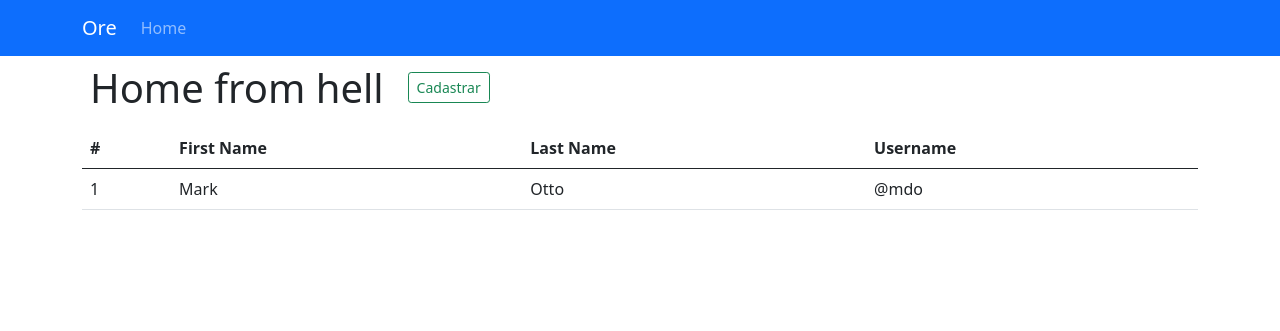
Repository: thf4/React-Front
Page: /
These files come from the project's save history. The page is drawn as it stood at one moment and after the next save; the edit follows.
The browser window is 1280 px wide. The pictures show the whole page.
The project was rebuilt for these pictures with package versions that can differ from the ones it lists, and the page was loaded fresh each time. Also part of the build but not shown: src/pages/Vizualizar/index.js, src/pages/Cadastrar/index.js, src/pages/Editar/index.js.

Above is the page before, as saved 2021-05-07 09:23:47.

### src/App.js
import React from "react";
import { BrowserRouter as Router, Switch, Route } from "react-router-dom";
import { Home } from "./pages/Home/";
import { View } from "./pages/Vizualizar/";
import { Cadastrar } from "./pages/Cadastrar/";
import { Editar } from "./pages/Editar/";
import { Menu } from "./components/Menu";
import 'bootstrap/dist/css/bootstrap.min.css';
function App() {
  return (
    <div>
      <Menu />
      <Router>
        <Switch>
          <Route exact path="/" component={Home} />
          <Route path="/view" component={View} />
          <Route path="/cadastrar" component={Cadastrar} />
          <Route path="/editar" component={Editar} />
        </Switch>
      </Router>
    </div>
  );
}

export default App;

### src/pages/Home/index.js
import React from "react";
import { Container } from "reactstrap";
import { Table } from "reactstrap";
export const Home = () => {
  return (
    <div>
      <Container>
        <div className=" d-flex">
          <div className="mr-auto p-2">
            <h1> Home from hell </h1>
          </div>
          <div className="p-3">
            <a href="/cadastrar" className="btn btn-outline-success btn-sm">
              Cadastrar
            </a>
          </div>
        </div>
        <Table>
          <thead>
            <tr>
              <th>#</th>
              <th>First Name</th>
              <th>Last Name</th>
              <th>Username</th>
            </tr>
          </thead>
          <tbody>
            <tr>
              <td>1</td>
              <td>Mark</td>
              <td>Otto</td>
              <td>@mdo</td>
            </tr>
          </tbody>
        </Table>
      </Container>
    </div>
  );
};

### src/components/Menu.js
import React, { useState } from "react";
import {
  Collapse,
  Navbar,
  NavbarToggler,
  NavbarBrand,
  Nav,
  NavItem,
  NavLink,
  Container,
} from "reactstrap";
export const Menu = (props) => {
  const [isOpen, setIsOpen] = useState(false);
  const toggle = () => setIsOpen(!isOpen);

  return (
    <div>
      <Navbar color="primary" dark expand="md">
        <Container>
        <NavbarBrand href="/">Ore</NavbarBrand>
        <NavbarToggler onClick={toggle} />
        <Collapse isOpen={isOpen} navbar>
          <Nav className="mr-auto" navbar>
            <NavItem>
              <NavLink href="/">Home</NavLink>
            </NavItem>
          </Nav>
        </Collapse>
        </Container>
      </Navbar>
    </div>
  );
};

Loaded but not shown: public/index.html (common file); src/index.js (common file); src/index.css (common file); src/reportWebVitals.js (common file)

After the next save:
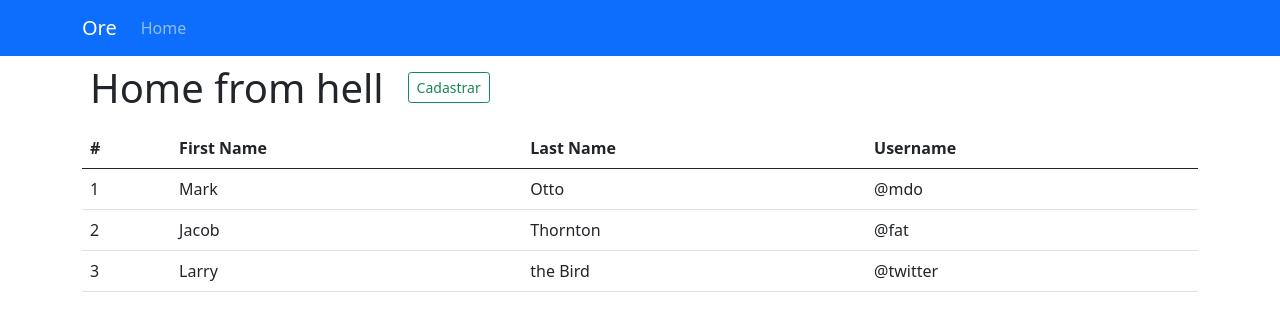
Saved 54 s later.
--- a/src/pages/Home/index.js
+++ b/src/pages/Home/index.js
@@ -31,6 +31,18 @@ export const Home = () => {
               <td>Otto</td>
               <td>@mdo</td>
             </tr>
+            <tr>
+              <td>2</td>
+              <td>Jacob</td>
+              <td>Thornton</td>
+              <td>@fat</td>
+            </tr>
+            <tr>
+              <td>3</td>
+              <td>Larry</td>
+              <td>the Bird</td>
+              <td>@twitter</td>
+            </tr>
           </tbody>
         </Table>
       </Container>
